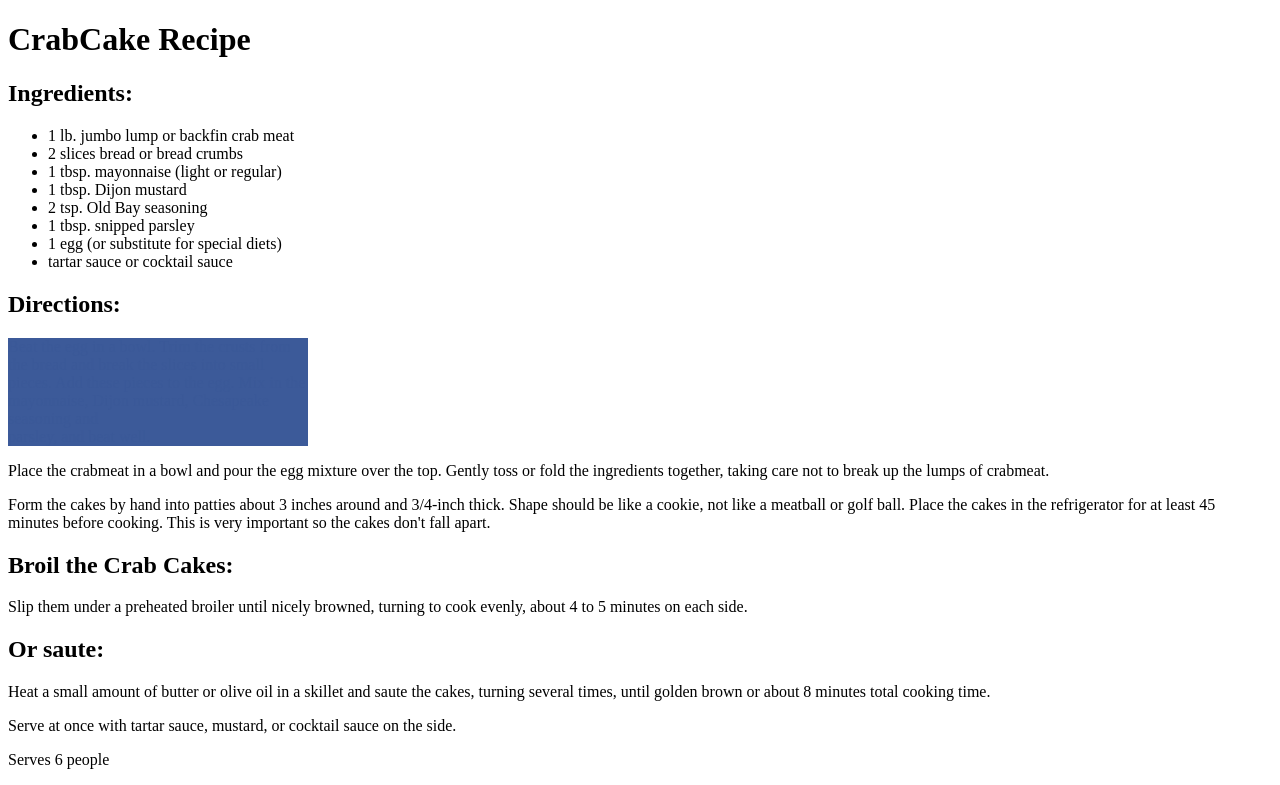
Repository: henokkeleta/SpringIt2
Page: CrabCake/WebContent/CrabbyCake.html
These files come from the project's save history. The page is drawn as it stood at one moment and after the next save; the edit follows.
The browser window is 1280 px wide. The pictures show the whole page.

Above is the page before, as saved 2017-06-13 14:29:38.

After the next save:
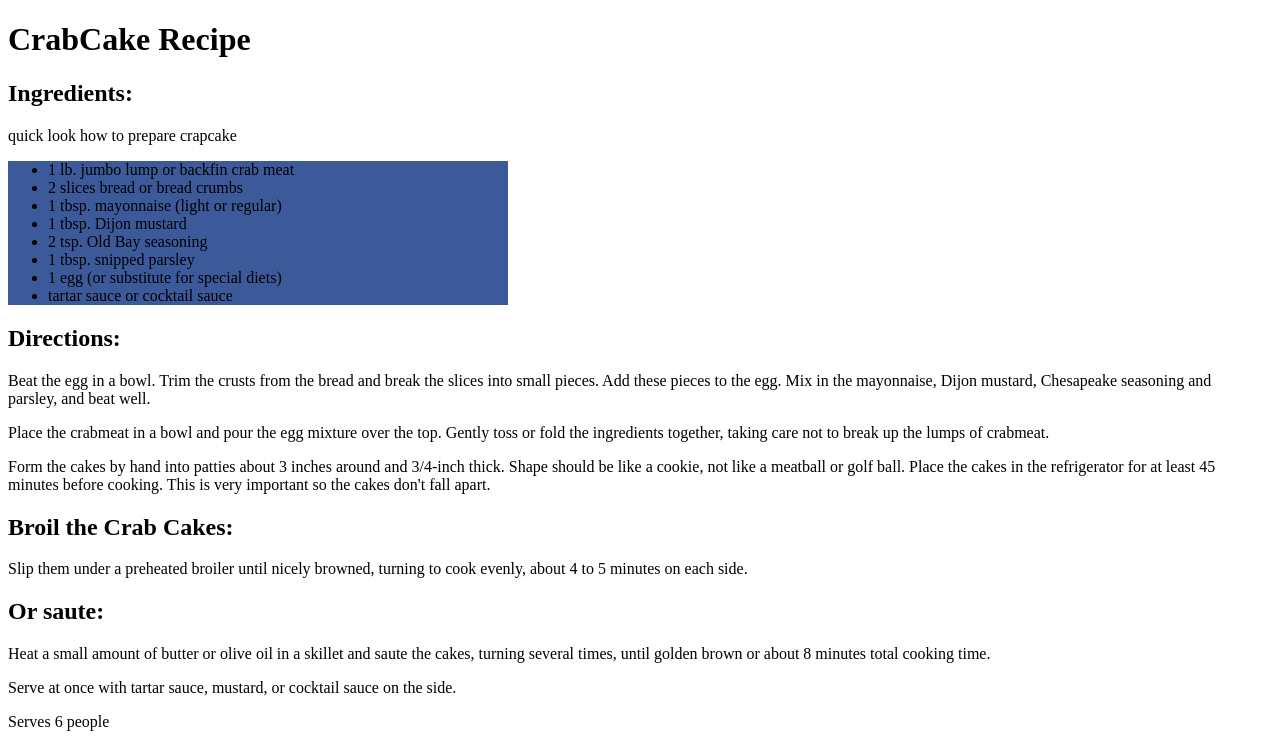
Saved 9 min 22 s later.
--- a/CrabCake/WebContent/CrabbyCake.html
+++ b/CrabCake/WebContent/CrabbyCake.html
@@ -6,9 +6,9 @@
 <style type ="text/css">
 
 .first{
-       color:#3B5998;
+       color:#000000;
        background-color:#3C5A99;
-       width:300px;
+       width:500px;
         }
 
 </style>
@@ -16,6 +16,8 @@
 <h2 align="justify">Ingredients:</h2>
 </head>
 <body>
+  <p id="top">quick look how to prepare crapcake</p>
+	<div class="first">
 	<ul>
 		<li>1 lb. jumbo lump or backfin crab meat</li>
 		<li>2 slices bread or bread crumbs</li>
@@ -26,8 +28,9 @@
 		<li>1 egg (or substitute for special diets)</li>
 		<li>tartar sauce or cocktail sauce</li>
 	</ul>
+</div>
 	<h2>Directions:</h2>
-	<p class="first">
+	<p>
 		Beat the egg in a bowl. Trim the crusts from the bread and break the
 		slices into small pieces. Add these pieces to the egg. Mix in the
 		mayonnaise, Dijon mustard, Chesapeake seasoning and<br> parsley,
@@ -52,7 +55,7 @@
 	<p>Serve at once with tartar sauce, mustard, or cocktail sauce on
 		the side.</p>
 	<p>Serves 6 people</p>
-
+    <p><a href="#top" back to the top</a></p>
 
 
 </body>
